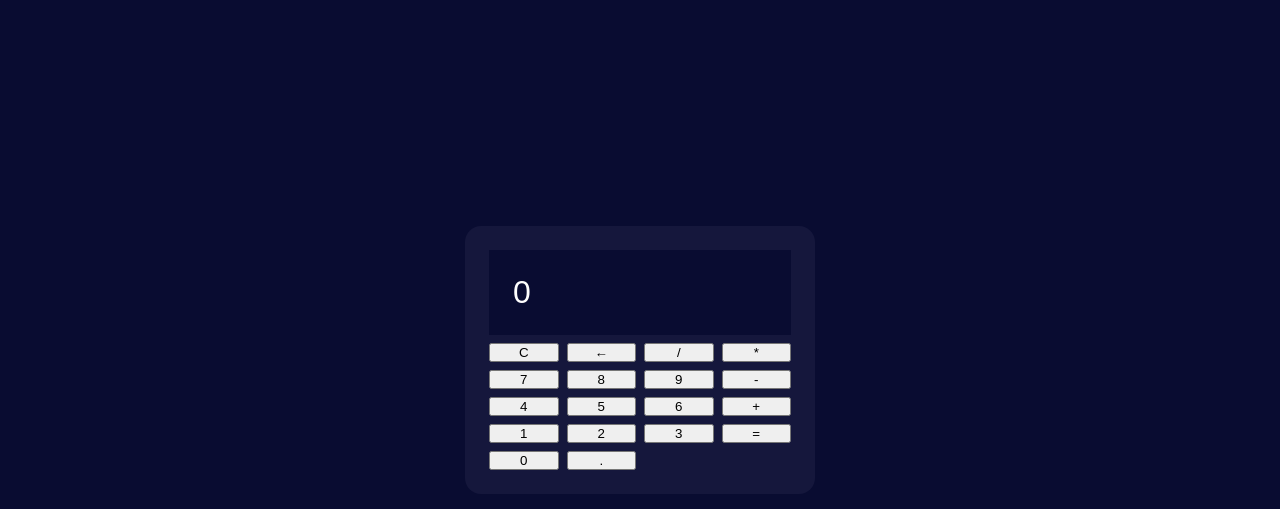
Repository: Herinyhert/Calculator
Page: index.html
These files come from the project's save history. The page is drawn as it stood at one moment and after the next save; the edit follows.
The browser window is 1280 px wide. The pictures show the whole page.

Above is the page before, as saved 2023-05-21 20:47:40.

After the next save:
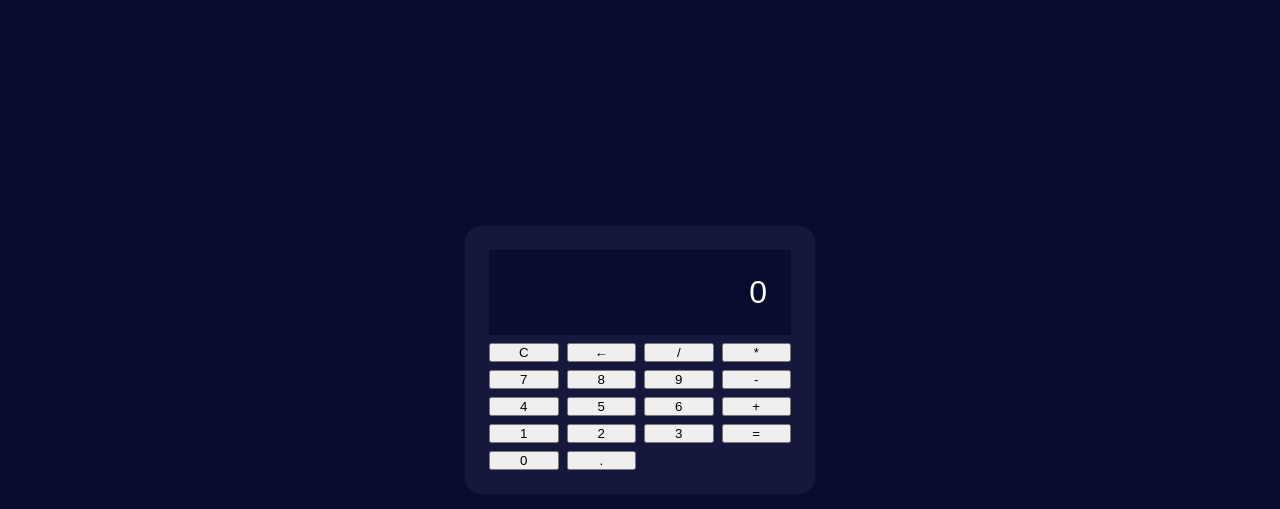
Saved 4 s later.
--- a/css/main.css
+++ b/css/main.css
@@ -30,5 +30,6 @@ body{
     background-color: #090c31;
     padding: 1.5rem;
     font-size: 2rem;
-    text-align: re;
+    text-align: right;
+
 }
